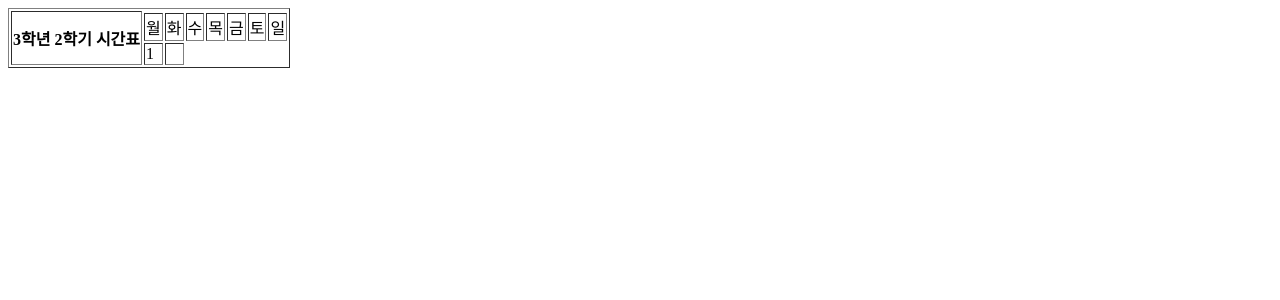
Repository: Cha-Ji/InternetProgramming
Page: week01/WebContent/hw04.html
These files come from the project's save history. The page is drawn as it stood at one moment and after the next save; the edit follows.
The browser window is 1280 px wide. The pictures show the whole page.

Above is the page before, as saved 2020-09-06 13:02:32.

### week01/WebContent/hw04.html
<!DOCTYPE html>
<html>
<head>
<meta charset="UTF-8">
<title>3-2 시간표</title>
</head>
<body>
	<table border="1">
	<th rowspan = "7">3학년 2학기 시간표</th>
	<tr><!-- 첫번째 줄 시작 -->
	    <td>월</td><td>화</td><td>수</td><td>목</td><td>금</td><td>토</td><td>일</td>
	</tr><!-- 첫번째 줄 끝 -->
	<tr><!-- 두번째 줄 시작 -->
	    <td>1</td>
	    <td></td>
	</tr><!-- 두번째 줄 끝 -->
    </table>
</body>
</html>

After the next save:
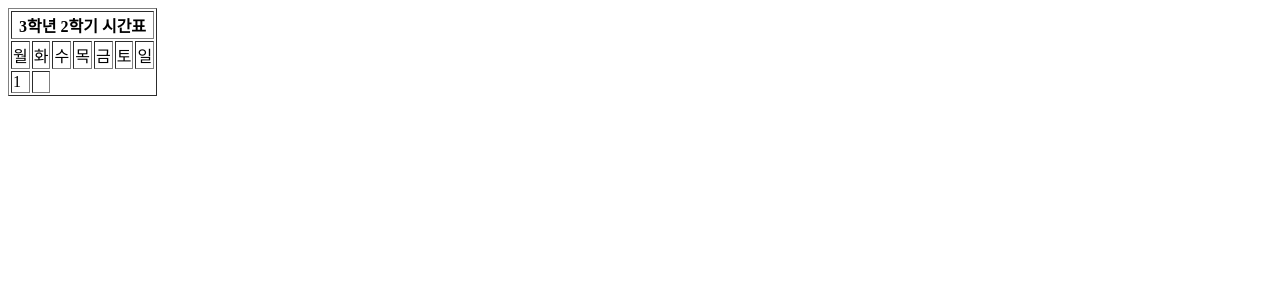
Saved 19 s later.
--- a/week01/WebContent/hw04.html
+++ b/week01/WebContent/hw04.html
@@ -6,7 +6,7 @@
 </head>
 <body>
 	<table border="1">
-	<th rowspan = "7">3학년 2학기 시간표</th>
+	<th colspan = "7">3학년 2학기 시간표</th>
 	<tr><!-- 첫번째 줄 시작 -->
 	    <td>월</td><td>화</td><td>수</td><td>목</td><td>금</td><td>토</td><td>일</td>
 	</tr><!-- 첫번째 줄 끝 -->
